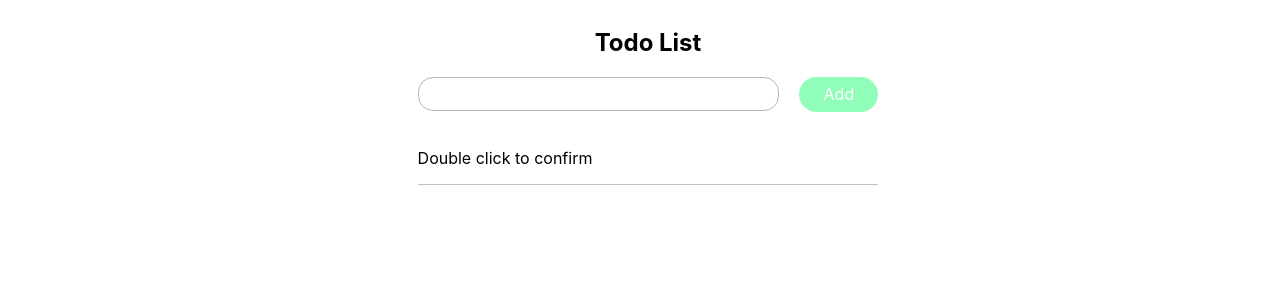
Repository: irenewuu/comp4130_checklist
Page: index.html
These files come from the project's save history. The page is drawn as it stood at one moment and after the next save; the edit follows.
The browser window is 1280 px wide. The page is 1288 px wide, so the pictures cover 1288 px, including what lies to the right of the window. The pictures show the whole page.

Above is the page before, as saved 2022-01-12 15:58:11.

After the next save:
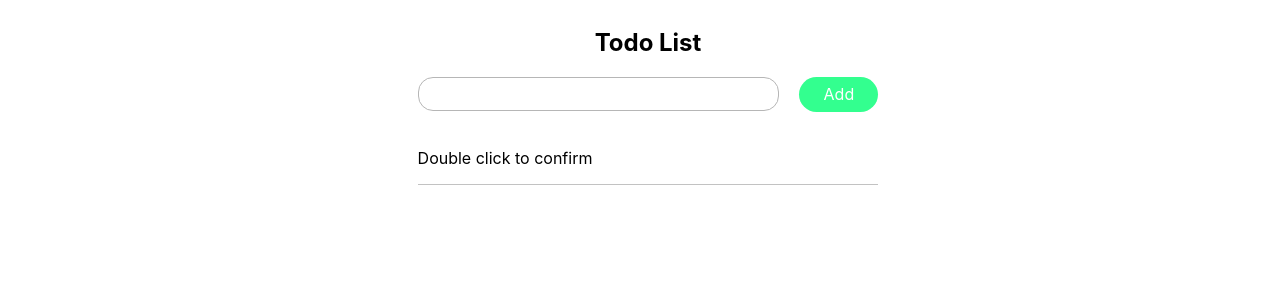
Saved 9 s later.
--- a/style.css
+++ b/style.css
@@ -20,7 +20,7 @@ form > span {
   width: 60%;
   display: flex;
   justify-content: center;
-  background: #90feb8;
+  background: #33ff8f;
   color: #fff;
   justify-content: center;
   align-items: center;
